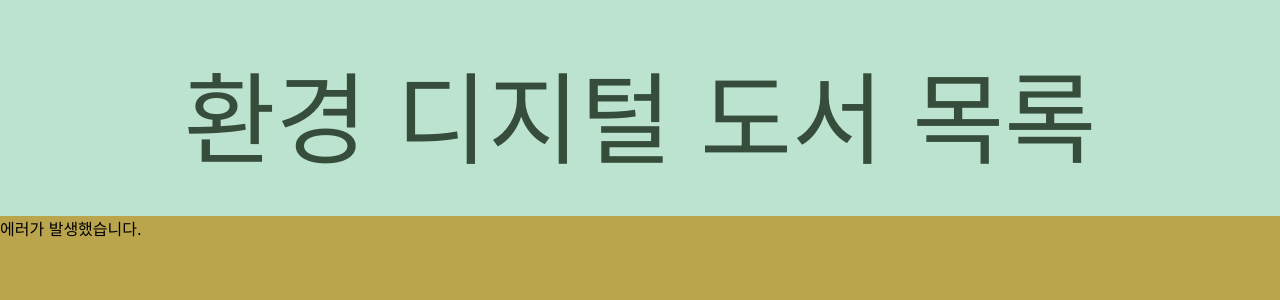
Repository: sojihwan/API
Page: / (app in contents/)
These files come from the project's save history. The page is drawn as it stood at one moment and after a run of saves; the edit follows.
The browser window is 1280 px wide. The pictures show the whole page.
The page's requests for data from a server got no answer. The project was rebuilt for these pictures with package versions that can differ from the ones it lists, and the page was loaded fresh each time. No one was signed in, and anything a server would have sent is missing. Also part of the build but not shown: contents/src/css/Select.css, contents/src/css/Modal.css, contents/src/content/Modal.js.

Above is the page before, as saved 2022-05-26 13:29:02.

### contents/src/App.js
import React from 'react';
import Body from './Body/Body';
import Header from './Header/Header';

function App() {
  return (
    <div>
      <Header/>
      <Body/>
    </div>
  );
}

export default App;

### contents/src/Body/Body.js
import React from "react";
import Booklist from "../content/Booklist";
import "../css/Body.css"
function Body(){
  return(
    <div className="Body">
      <Booklist></Booklist>
    </div>
  );
}

export default Body

### contents/src/Header/Header.js
import React from "react";
import "../css/Header.css"

function Header(){
  return(
    <div className="Header">
      <header>
        <p>환경 디지털 도서 목록</p>
      </header>
    </div>
  );
}

export default Header

### contents/src/content/Booklist.js
/* eslint-disable jsx-a11y/alt-text */
import React,{useState,useEffect} from "react";
import axios from "axios";
import "../css/Select.css"
import Modal from "./Modal.js";

function Select(){
  const [api, setApi] = useState(null);
  const [loading, setLoading] = useState(false);
  const [error, setError] = useState(null);
  const [id,setId] = useState({})
  const [page , setPage] = useState(1)
  useEffect(() => {
    const fetchapi = async () => {
      try{
        setApi(null);
        setError(null);
        setLoading(true);
        const reponse = await axios.get(
          `http://library.me.go.kr/pyxis-api/1/collections/1/search?all=k|a|library`
        );
        setApi(reponse.data)
      }catch (e){
         setError(e)
      }
      setLoading(false)
    };
    fetchapi();
  },[])

  if (loading) return <div>로딩중..</div>
  if(error) return <div>에러가 발생했습니다.</div>
  if(!api) return null

  function model(){

    const modal = document.getElementById("modal");
    modal.style.display = "flex";
  }
  const onBef = async () => {
    if(page <= 1 ){
      setPage(1)
      console.log(page)
      const reponse = await axios.get(
      `http://library.me.go.kr/pyxis-api/1/collections/${page}/search?all=k|a|library`
    );
    setApi(reponse.data)
      alert("첫패이지 입니다");
      return 0;
    }
    setPage(page-1)
    console.log(page)
    const reponse = await axios.get(
      `http://library.me.go.kr/pyxis-api/1/collections/${page}/search?all=k|a|library`
    );
    setApi(reponse.data)
  }
  const onNaxt = async () => {
    if(page===9){
      alert("마지막 페이지 입니다.")
      return 0
    }
    console.log(page)
    setPage(page+1)
    const reponse = await axios.get(
      `http://library.me.go.kr/pyxis-api/1/collections/${page}/search?all=k|a|library`
      );
    setApi(reponse.data);
  }
  function idgive(key){
    setId(key)
  }
  return (
    <div className="taxt">
    {
            api.data.list.map((item,index) => {
              return(
                <div className="img" key={index} onClick={() => {idgive(api.data.list[index])}}>
                  <img className="bookimg" onClick={model} src={(api.data.list[index].thumbnailUrl != null)?api.data.list[index].thumbnailUrl:'img/ddd.jpg'}
                  /><br/>
                  <div className="Hidden">
                  <b className="booktitle">{api.data.list[index].titleStatement}</b>
                  </div>
                </div>
              );
            }
            )
          }
          <Modal id={id}/>
        <button id="B" className="w-btn w-btn-green" onClick={onBef} type="button">이전</button>
        <button id="N" className="w-btn w-btn-green" onClick={onNaxt} type="button">다음</button>

  </div>
)
}

export default Select

### contents/src/css/Body.css
@media ( max-width: 770px ) {
.Body{
  background-color: rgba(25, 134, 0, 0.422);
  position: fixed;
  top: 30%;
  left: 0px;
  width: 110%;
  height: 70%;
  overflow: auto;
}
}
@media ( min-width: 771px ) {
  .Body{
    background-color: rgba(156, 127, 0, 0.698);
    position: fixed;
    top: 30%;
    left: 0px;
    width: 100%;
    height: 100%;
  }
}

### contents/src/css/Header.css
@media ( max-width: 770px ) {
  .Header{
    height: 30%;
    background-color: rgba(116, 198, 156, 0.486);
    width: 100%;
    position: fixed;
    left: 0px;
    top: 0px;
}
header{
  text-align: center;
  font-size: 50px;
  color: rgb(55, 77, 59);
}
p{
  margin-top: 10px;
}

}
@media ( min-width: 771px ) {
  .Header{
    height: 30%;
    background-color: rgba(116, 198, 156, 0.486);
    width: 100%;
    position: fixed;
    left: 0px;
    top: 0px;
}
header{
  text-align: center;
  font-size: 100px;
  color: rgb(55, 77, 59);
}
p{
  margin-top: 40px;
}
}

Loaded but not shown: contents/public/index.html (common file); contents/src/index.js (common file); contents/src/index.css (common file); contents/src/reportWebVitals.js (common file)

After the next 6 saves:
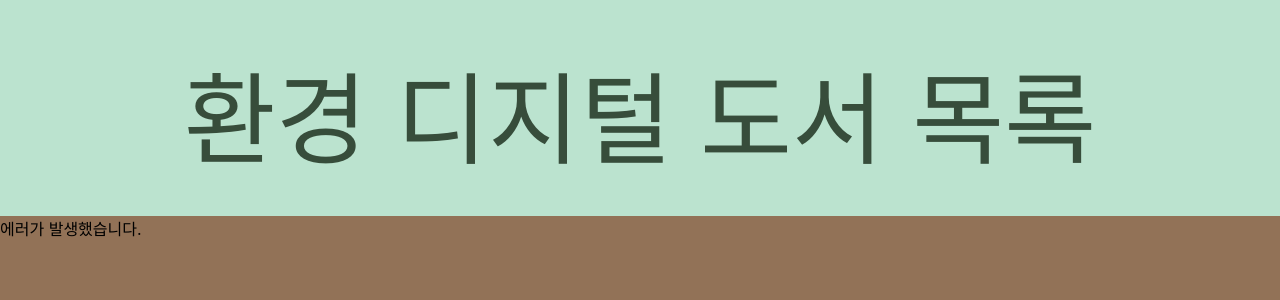
The 6 saves are shown as one change because they came seconds apart.
The last was saved 13 s later.
--- a/contents/src/css/Body.css
+++ b/contents/src/css/Body.css
@@ -11,7 +11,7 @@
 }
 @media ( min-width: 771px ) {
   .Body{
-    background-color: rgba(156, 127, 0, 0.698);
+    background-color: rgb(146, 114, 87);
     position: fixed;
     top: 30%;
     left: 0px;
